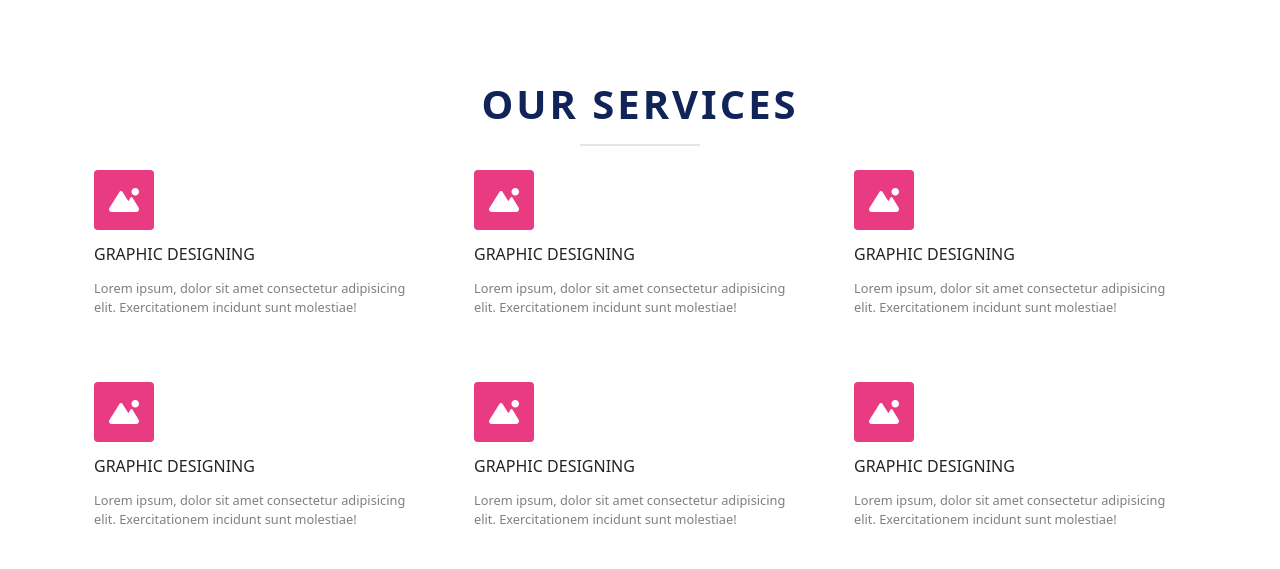
Repository: lhggiang/CaseStudy
Page: index.html
These files come from the project's save history. The page is drawn as it stood at one moment and after the next save; the edit follows.
The browser window is 1280 px wide. The pictures show the part of the page from y = 778 to 1371 px (the page is 1347 px tall before and 1371 px after).
Backgrounds fixed to the window are drawn as part of the page. Some web libraries are served in a nearby version. The style sheet was rebuilt from its Sass, Less or Tailwind sources for each picture, by a compiler version that may differ from the author's.

Above is the page before, as saved 2023-02-22 15:14:59.

After the next save:
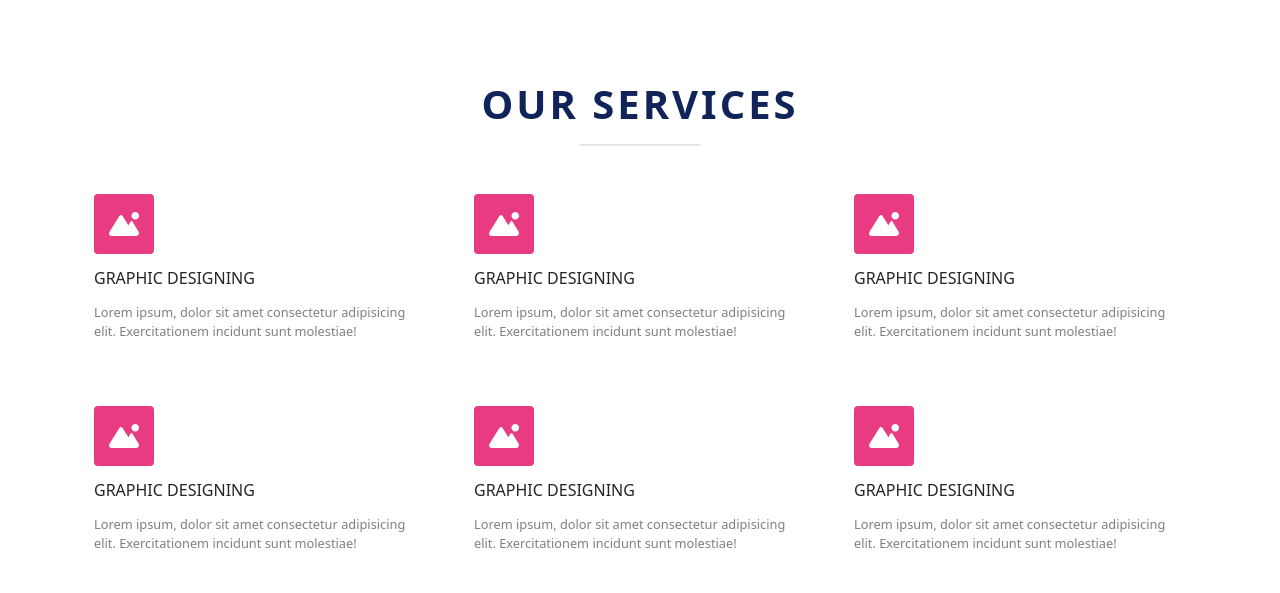
Saved 6 s later.
--- a/index.html
+++ b/index.html
@@ -73,7 +73,7 @@
                     <div class="services__line"></div>
                 </div>
             </div>
-            <div class="row services__components">
+            <div class="row mt-4">
                 <div class="col-lg-4 col-sm-6 p-4">
                     <div class="services__icon">
                         <i class="fa-solid fa-mountain-sun"></i>

After the save that followed:
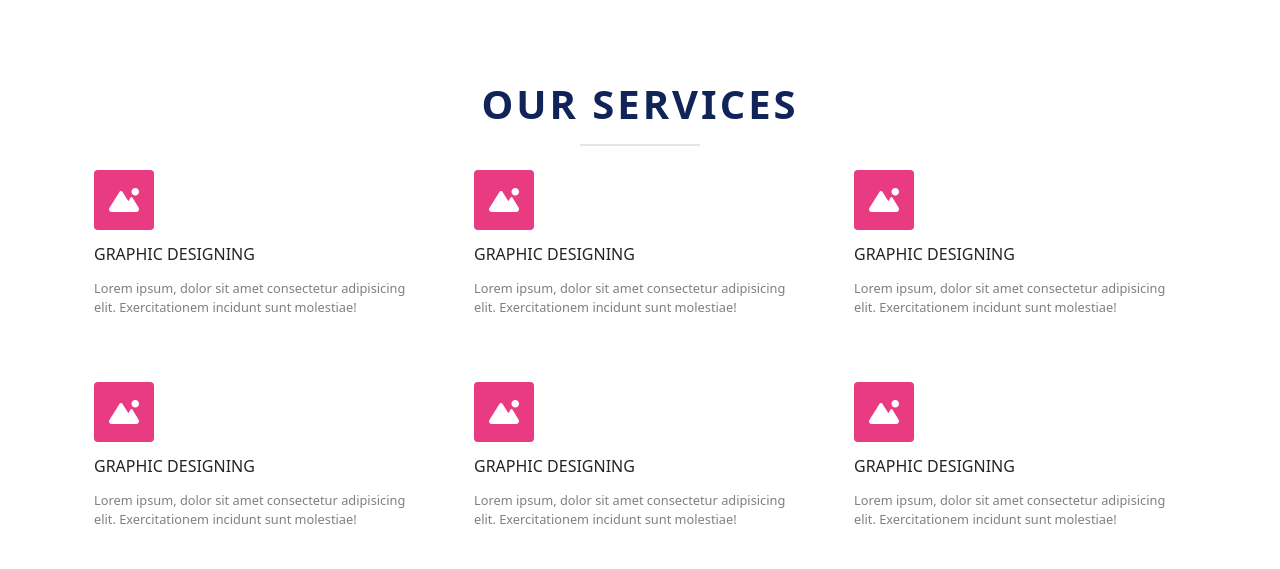
Saved 4 s later.
--- a/index.html
+++ b/index.html
@@ -73,7 +73,7 @@
                     <div class="services__line"></div>
                 </div>
             </div>
-            <div class="row mt-4">
+            <div class="row mt-10">
                 <div class="col-lg-4 col-sm-6 p-4">
                     <div class="services__icon">
                         <i class="fa-solid fa-mountain-sun"></i>
